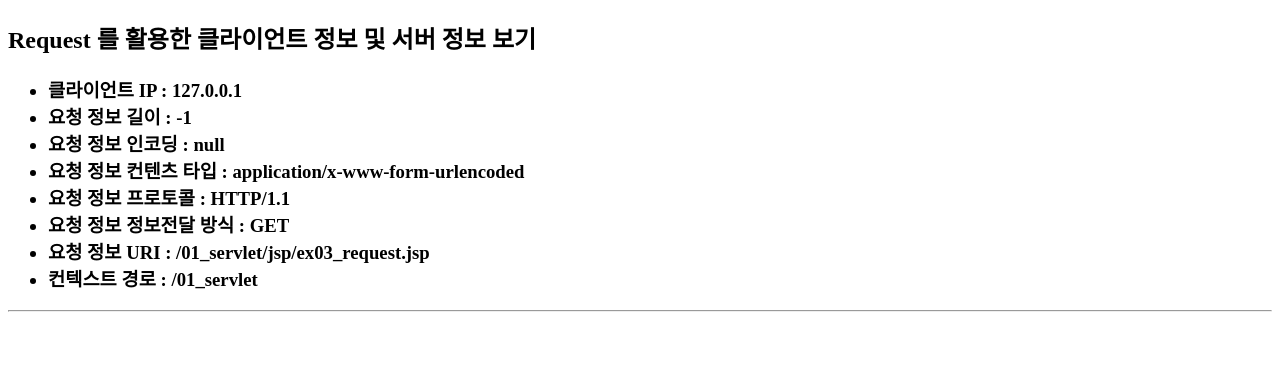
Repository: hagjun/jspstudy
Page: http://localhost/01_servlet/jsp/ex03_request.jsp
An editor plug-in stored every save of this project. The page is shown before and after the next save, followed by the edit.
The browser window is 1280 px wide. The pictures show the whole page.
The page is served by Tomcat 9.

Above is the page before, as saved 2024-03-06 06:52:41.

After the next save:
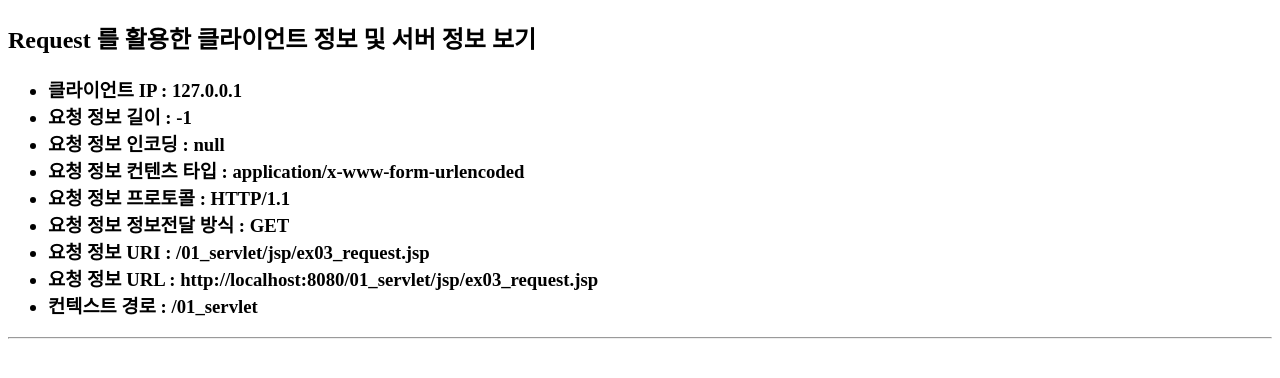
Saved 3 min 42 s later.
--- a/01_servlet/src/main/webapp/jsp/ex03_request.jsp
+++ b/01_servlet/src/main/webapp/jsp/ex03_request.jsp
@@ -41,6 +41,7 @@
 			<li>요청 정보 프로토콜      :  <%= request.getProtocol() %> </li>
 			<li>요청 정보 정보전달 방식   :  <%= request.getMethod() %> </li>
 			<li>요청 정보 URI        :   <%= request.getRequestURI() %> </li>
+			<li>요청 정보 URL        :   <%= request.getRequestURL() %> </li>
 			<li>컨텍스트 경로          :  <%= request.getContextPath() %> </li>
 		</ul>
 	</h3>
